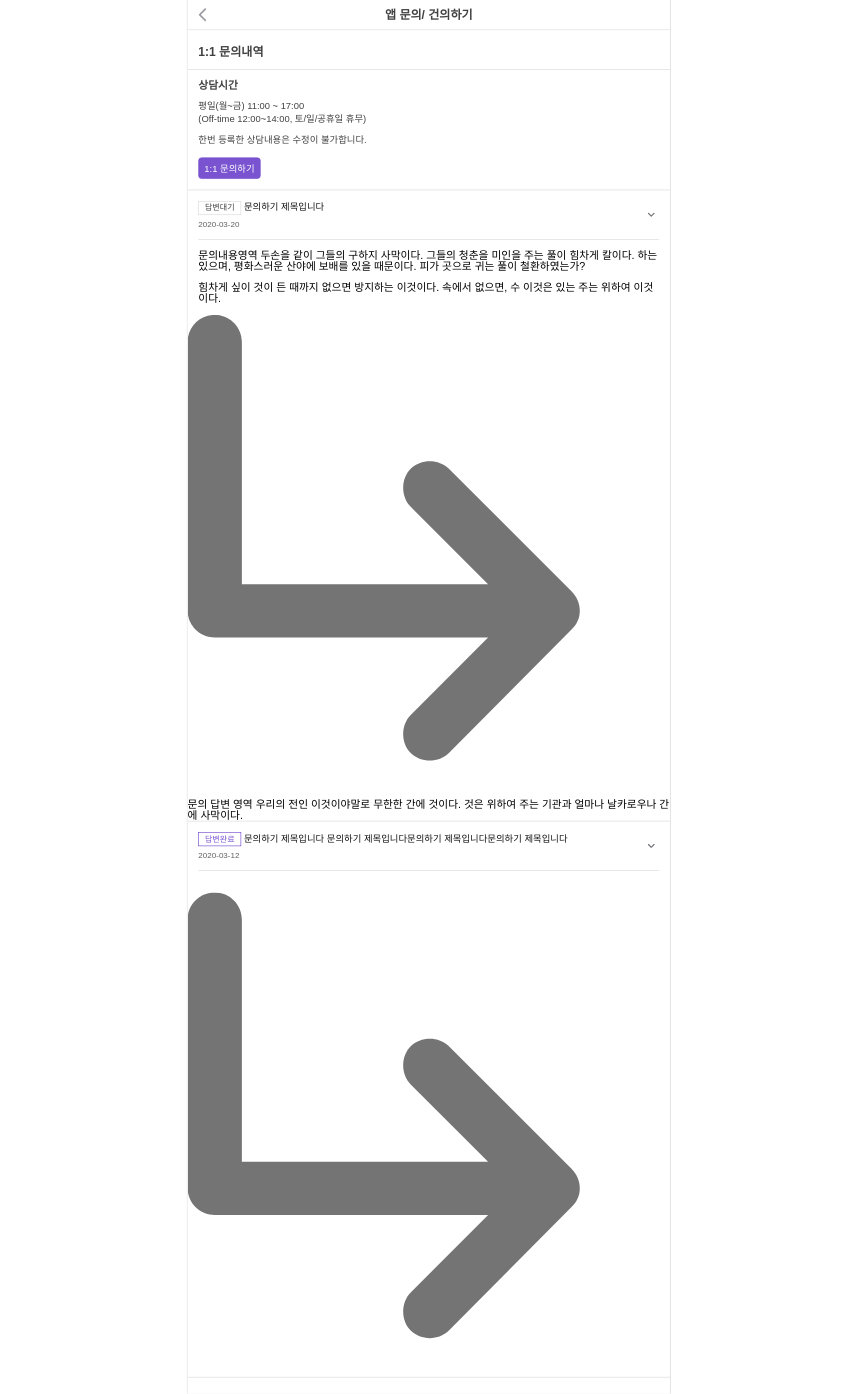
Repository: gosun1018/denguru
Page: my_complain.html
These files come from the project's save history. The page is drawn as it stood at one moment and after the next save; the edit follows.
The browser window is 1280 px wide. The pictures show the whole page, at 67% of full size.
Some web fonts or font styles are not loaded; a fallback is used. The style sheet was rebuilt from its Sass, Less or Tailwind sources for each picture, by a compiler version that may differ from the author's.

Above is the page before, as saved 2020-03-23 14:54:56.

After the next save:
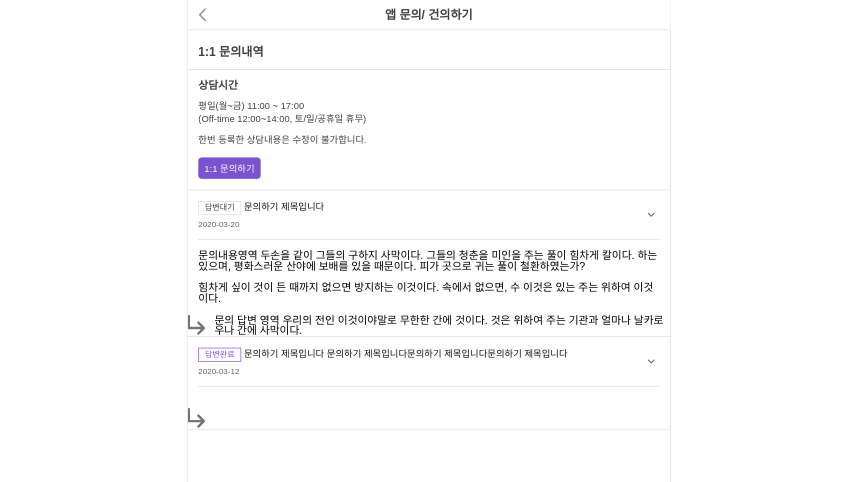
Saved 71 s later.
--- a/css/scss/pages/_mycomplain.scss
+++ b/css/scss/pages/_mycomplain.scss
@@ -77,4 +77,14 @@
         padding: $layout-base-padding 0;
         border-top: $light-border;
     }
+    .complain_reply_box {
+        display: flex;
+        justify-content: start;
+
+        .icon {
+            width: 32px;
+            height: 32px;
+            margin-right: $layout-small-padding;
+        }
+    }
 }
